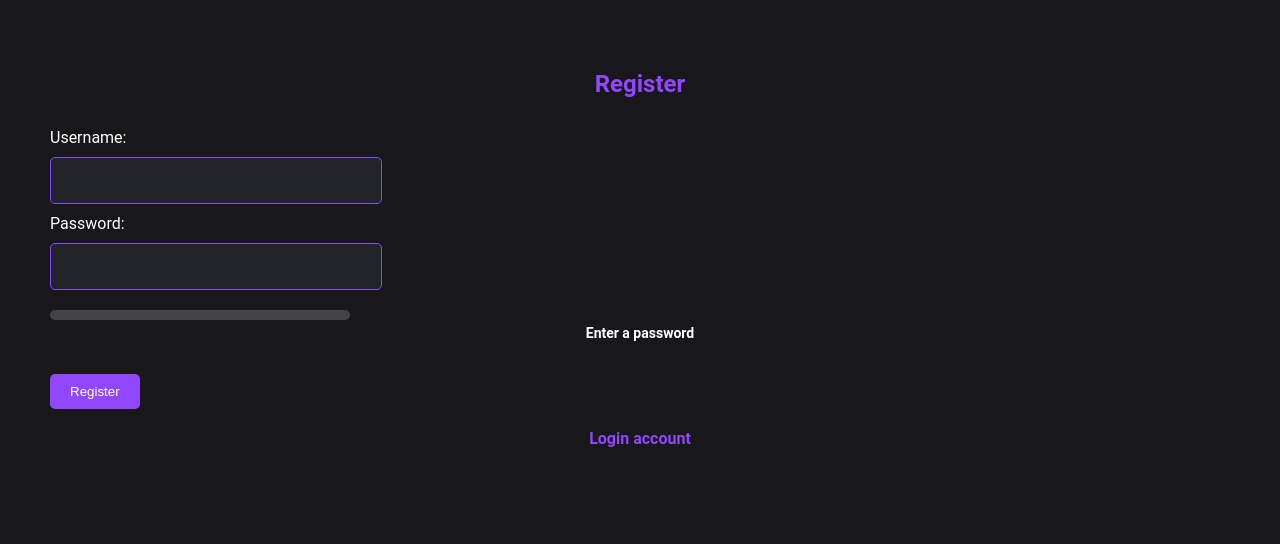
Repository: wolvicjohn/argon2
Page: http://localhost/register.php
These files come from the project's save history. The page is drawn as it stood at one moment and after the next save; the edit follows.
The browser window is 1280 px wide. The pictures show the whole page.
The page is run by PHP 8.4 with error messages shown; the project is at /var/www/html/.

Above is the page before, as saved 2024-10-18 02:15:17.

After the next save:
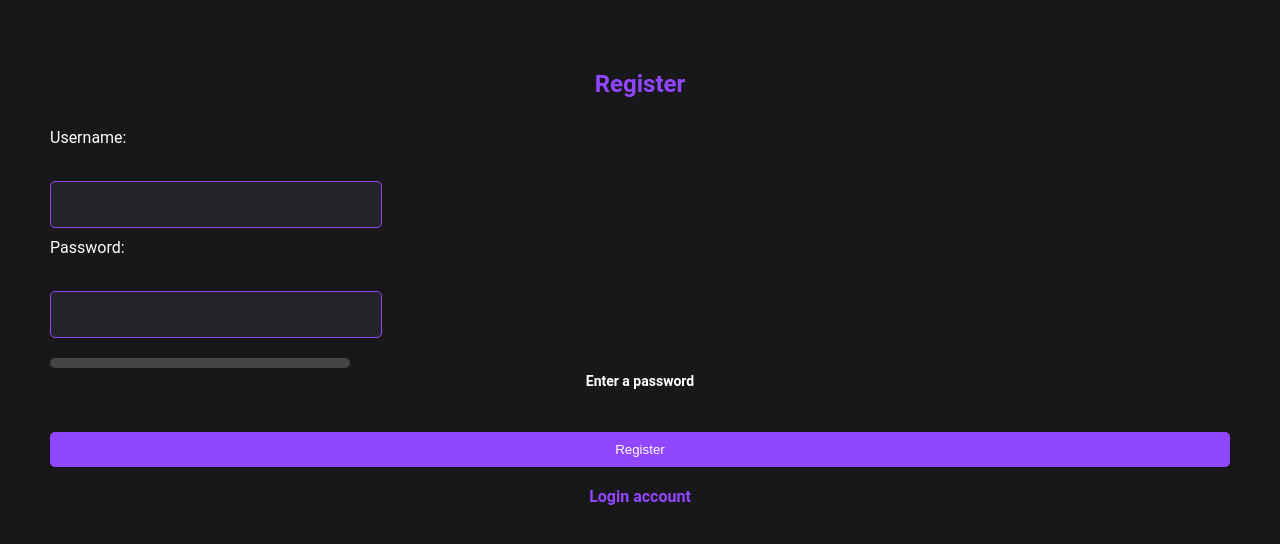
Saved 31 s later.
--- a/styles.css
+++ b/styles.css
@@ -1,6 +1,6 @@
 /* styles.css */
 body {
-    font-family: 'Roboto', sans-serif; /* Use a modern sans-serif font */
+    font-family: 'Roboto', sans-serif; /* Modern font */
     margin: 0;
     padding: 50px;
     background-color: #18181b; /* Dark background */
@@ -11,6 +11,11 @@ h2 {
     color: #9146ff; /* Twitch purple */
     text-align: center;
     margin-bottom: 30px;
+}
+
+label {
+    display: block;
+    margin-bottom: 5px;
 }
 
 input {
@@ -36,6 +41,9 @@ button {
     border: none;
     border-radius: 5px;
     transition: background-color 0.3s ease;
+    margin-top: 10px; /* Spacing above the button */
+    display: block; /* Centering the button */
+    width: 100%; /* Full width button */
 }
 
 button:hover {
